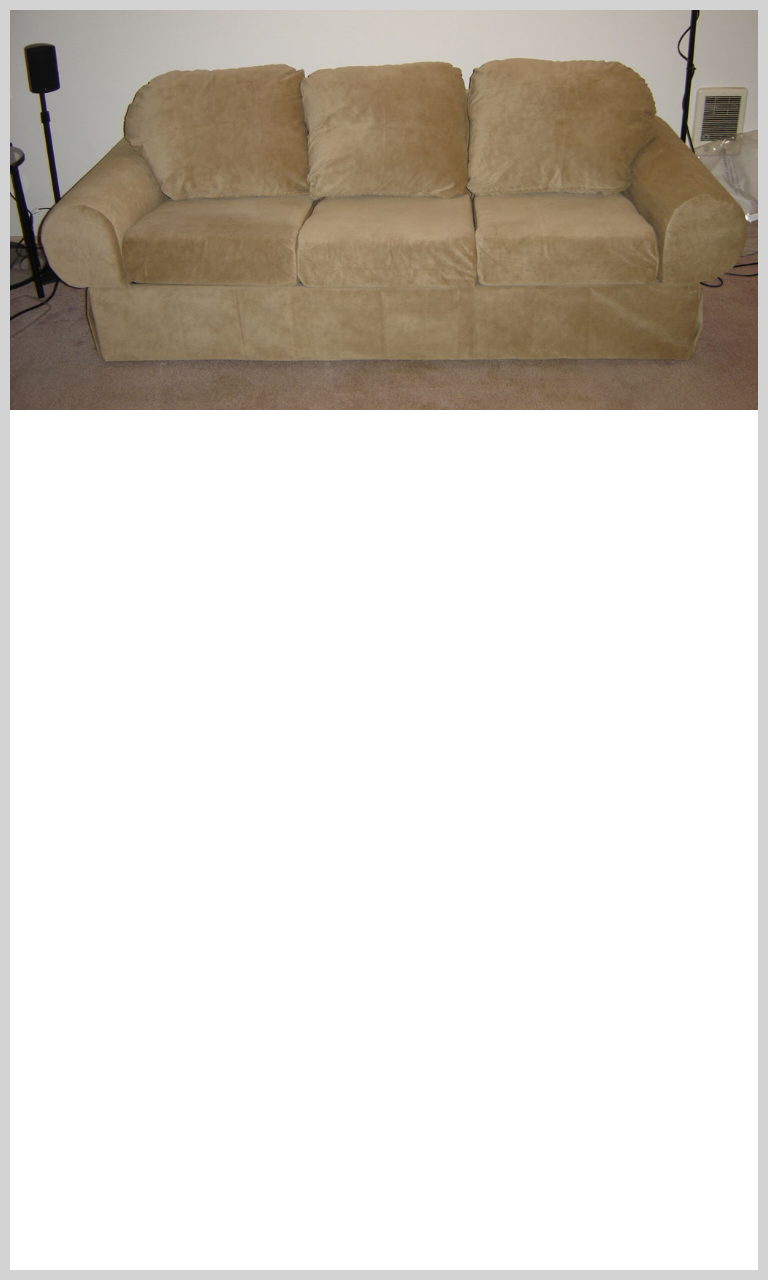
Repository: specialFX16/College-List
Layout: AndroidApp/CollegeList/res/layout/list_view_card.xml
The author's editor kept a copy of each file at every save. The layout is drawn from the files as they stood at one save, then again after the next save.
It is drawn on a 768 x 1280 px phone screen (xhdpi) without system bars, with theme AppTheme; the app's code is not run.

Above is the layout before, as saved 2015-03-03 02:49:58.

### AndroidApp/CollegeList/res/layout/list_view_card.xml
<?xml version="1.0" encoding="utf-8"?>
<FrameLayout xmlns:android="http://schemas.android.com/apk/res/android"
    android:layout_width="match_parent"
    android:layout_height="match_parent"
    android:paddingLeft="5dp"
    android:paddingRight="5dp"
    android:paddingTop="5dp"
    android:paddingBottom="5dp"
    android:background="#d3d3d3"
    >

    <RelativeLayout
        android:layout_width="match_parent"
        android:layout_height="match_parent"
        android:background="#ffffff"
         >

        <ImageView
            android:id="@+id/main_list_image"
            android:layout_width="match_parent"
            android:layout_height="200dp"
            android:layout_alignParentTop="true"
            android:layout_centerHorizontal="true"
            android:src="@drawable/test_couch2"
            android:adjustViewBounds="true"
            android:scaleType="centerCrop"
            />

    </RelativeLayout>

</FrameLayout>

Loaded but not shown: AndroidApp/CollegeList/res/values/styles.xml (common file); AndroidApp/CollegeList/res/values-v11/styles.xml (common file); AndroidApp/CollegeList/res/values-v14/styles.xml (common file)

After the next save:
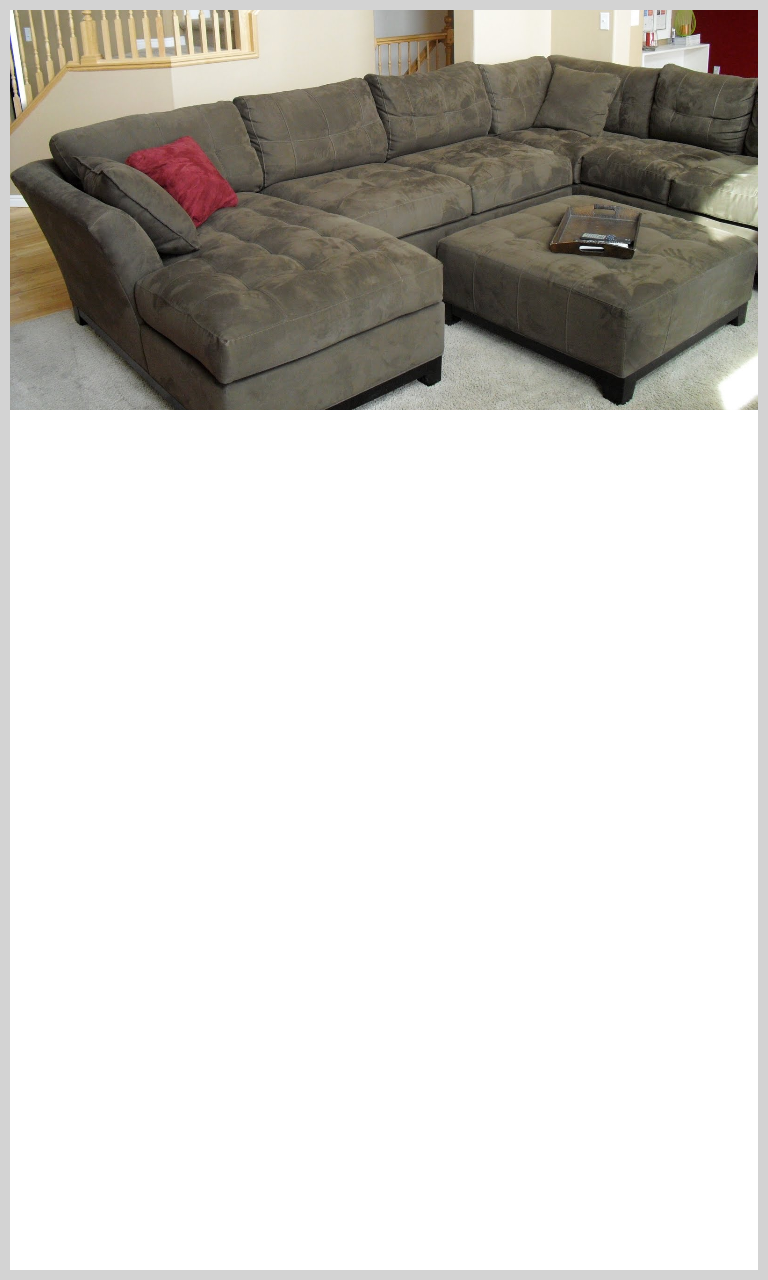
Saved 6 s later.
--- a/AndroidApp/CollegeList/res/layout/list_view_card.xml
+++ b/AndroidApp/CollegeList/res/layout/list_view_card.xml
@@ -21,7 +21,7 @@
             android:layout_height="200dp"
             android:layout_alignParentTop="true"
             android:layout_centerHorizontal="true"
-            android:src="@drawable/test_couch2"
+            android:src="@drawable/test_couch3"
             android:adjustViewBounds="true"
             android:scaleType="centerCrop"
             />
